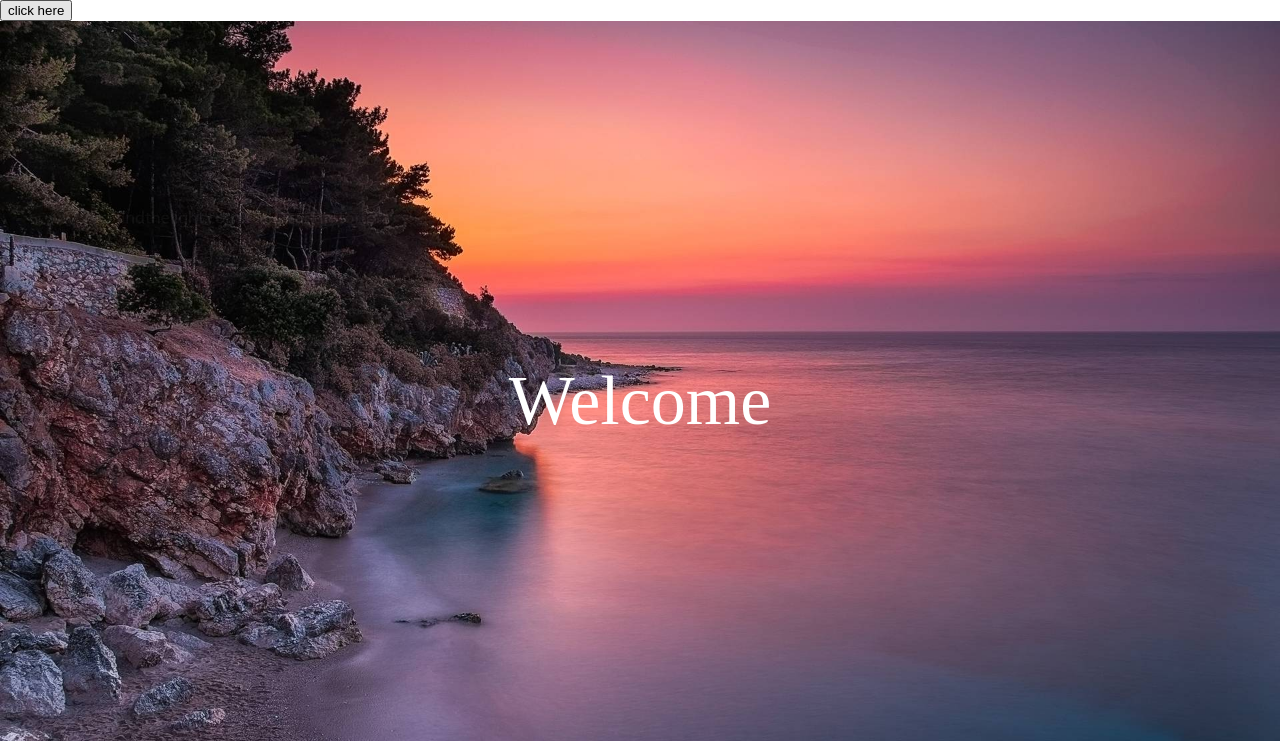
Repository: Berilinanir/Login-Logout-System
Page: http://localhost/Loginn/successs.jsp
The author's editor kept a copy of each file at every save. The page is drawn from the files as they stood at one save, then again after the next save.
The browser window is 1280 px wide. The pictures show the whole page.
The page is served by Tomcat 9. Other server files are loaded and not shown.

Above is the page before, as saved 2018-10-13 18:14:15.

### Loginn/WebContent/successs.jsp
<%@ page language="java" contentType="text/html; charset=ISO-8859-1"
    pageEncoding="ISO-8859-1"%>
<!DOCTYPE html>





<html>
<head>
<meta charset="ISO-8859-1">
<title>Success Page</title>

   <link rel="stylesheet" href="style3.css">

</head>
<body>

    <input type=button onClick="location.href='logout.jsp'" value='click here'>


  <slider>

         <slide><p>Welcome  ${sessionScope.namee }</p></slide>
         <slide><p>Welcome  ${sessionScope.namee }</p></slide>
         <slide><p>Welcome  ${sessionScope.namee }</p></slide>
         <slide><p>Welcome  ${sessionScope.namee }</p></slide>


  </slider>




</script>



</body>
</html>

### Loginn/WebContent/style3.css
@charset "UTF-8";

 jsp,body{

	      width:100%;
	      height:100%;
	      padding:0;
	      margin:0px;


}

slider{

	     display:block;
	     width:100%;
	     height:100%;
	     background-color: #1f1f1f;
	     overflow:hidden;
	     position:absolute;
}

slider > * {

	     position:absolute;
	     display:block;
	     width:100%;
	     height:100%;
	     background: #1f1f1f;
	     animation:slide 12s infinite;
	     overflow:hidden;
}

slide:nth-child(1){

	     left:0%;
	     animation-delay:-1s;
	     background-image:url(resim3.jpg);
	     background-size:cover;
	     background-position: center;
}

slide:nth-child(2){


	     animation-delay:2s;
	     background-image:url(resim6.jpg);
	     background-size:cover;
	     background-position: center;
}

slide:nth-child(3){


	     animation-delay:5s;
	     background-image:url(resim8.jpg);
	     background-size:cover;
	     background-position: center;
}

slide:nth-child(4){


	     animation-delay:8s;
	     background-image:url(resim9.jpg);
	     background-size:cover;
	     background-position: center;
}

slide p{

	    font-family:Comfortaa;
	    font-size:70px;
	    text-align:center;
	    display:inline-block;
	    width:100%;
	    margin-top: 340px;
	    color:#fff;
}

@keyframes slide{

	    0% { left:100%; width:100%;}
	    5% { left:0%;}
	    25%{ left:0%;}
	    30%{ left:-100%;width:100%;}
	    30.0001%{left:-100%;width:0%;}
	    100%{ left:100% width:0%;}
}

.button{

	    width: 40%;
margin-left: 30%;
margin-right: 30%;

}

After the next save:
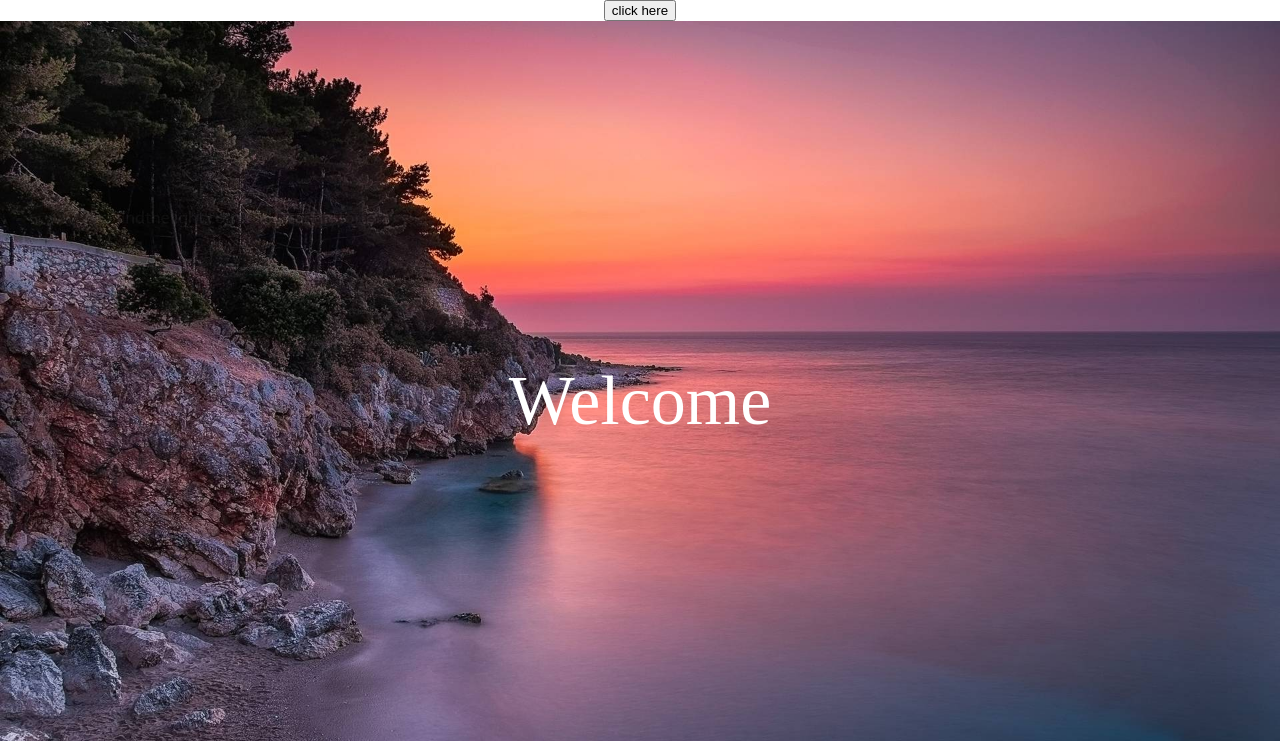
Saved 50 s later.
--- a/Loginn/WebContent/successs.jsp
+++ b/Loginn/WebContent/successs.jsp
@@ -16,7 +16,7 @@
 </head>
 <body>
 
-    <input type=button onClick="location.href='logout.jsp'" value='click here'>
+    <center><input type=button onClick="location.href='logout.jsp'" value='click here'></center>
 
 
   <slider>
